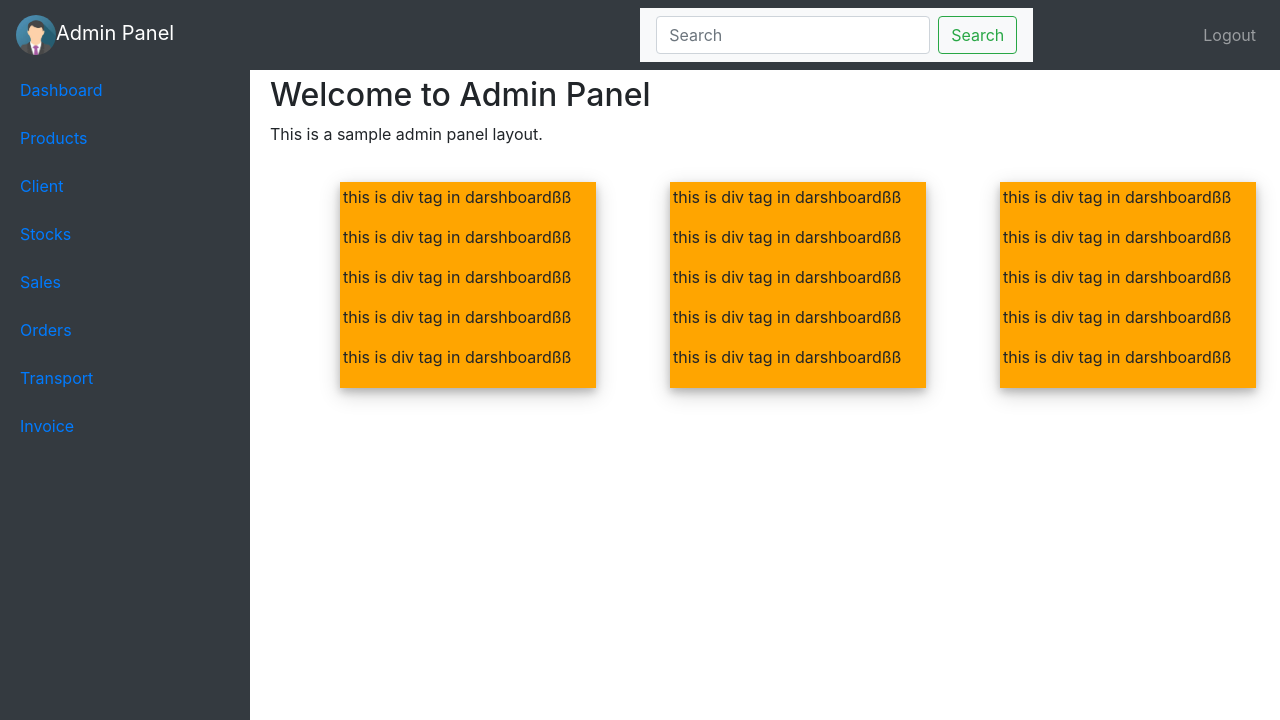
Repository: AmrutaAware/CodingQueens
Page: workspaceBilling/BillingSystem/src/main/webapp/home.html
The author's editor kept a copy of each file at every save. The page is drawn from the files as they stood at one save, then again after the next save.
The browser window is 1280 px wide. The pictures show the whole page.
Some web libraries are served in a nearby version.

Above is the page before, as saved 2024-03-14 11:31:55.

### workspaceBilling/BillingSystem/src/main/webapp/home.html
<!DOCTYPE html>
<html lang="en">
<head>
  <meta charset="UTF-8">
  <meta name="viewport" content="width=device-width, initial-scale=1.0">
  <title>Admin Panel</title>
  <!-- Bootstrap CSS -->
  <link href="https://stackpath.bootstrapcdn.com/bootstrap/4.5.2/css/bootstrap.min.css" rel="stylesheet">
  <!-- Custom CSS -->
  <style>
    /* Add your custom styles here */
    body {
      padding-top: 56px; /* Adjust according to your navbar height */
    }

    .sidebar {
      height: 100%;
      width: 250px;
      position: fixed;
      top: 10px;
      left: 0;
      background-color: #343a40;
      padding-top: 56px;

    }

    .sidebar .list-group-item {
      color: #fff;
      border: none;
      background-color: transparent;
    }

    .sidebar .list-group-item:hover {
      background-color: #495057;
    }

    .content {
      margin-left: 250px;
      padding: 20px;
    }
    .dashboard {
    width:20%;

    position:absolute;
    left:340px;
    background:orange;
    border: 3px solid orange;
  	box-shadow: 0 4px 8px 0 rgba(0, 0, 0, 0.2), 0 6px 20px 0 rgba(0, 0, 0, 0.19);
	transition: width 2s, height 2s, transform 2s;
    }

    .dashboard1
    {
    width:20%;
    /* height:30%; */
    position:absolute;
    left:670px;
    background:orange;
    border: 3px solid orange;
  box-shadow: 0 4px 8px 0 rgba(0, 0, 0, 0.2), 0 6px 20px 0 rgba(0, 0, 0, 0.19);

transition: width 2s, height 2s, transform 2s;
    }
    .dashboard2
    {
    width:20%;
    /* height:30%; */
    position:absolute;
    left:1000px;
    background:orange;
    border: 3px solid orange;
  box-shadow: 0 4px 8px 0 rgba(0, 0, 0, 0.2), 0 6px 20px 0 rgba(0, 0, 0, 0.19);
  }
    /* .dashboard:hover {
  width: 300px;

} */
a:link {
  text-decoration: none;

}
.sidebar .list-group-item {
color:white;
}

  </style>
</head>
<body>
  <!-- Navbar -->
  <nav class="navbar navbar-expand-lg navbar-dark bg-dark fixed-top">
    <a class="navbar-brand" href="#"><img src="img/img_avatar1.jpeg" alt="Logo" style="width:40px;" class="rounded-pill">Admin Panel</a>
    <button class="navbar-toggler" type="button" data-toggle="collapse" data-target="#navbarNav" aria-controls="navbarNav" aria-expanded="false" aria-label="Toggle navigation">
      <span class="navbar-toggler-icon"></span>
    </button>
    <nav class="navbar navbar-light bg-light" style="position: relative; left:450px">
  <form class="form-inline" >
    <input class="form-control mr-sm-2" type="search" placeholder="Search" aria-label="Search">
    <button class="btn btn-outline-success my-2 my-sm-0" type="submit">Search</button>
  </form>
</nav>
    <div class="collapse navbar-collapse" id="navbarNav">
      <ul class="navbar-nav ml-auto">
        <!-- <li class="nav-item">
          <a class="nav-link" href="#">Dashboard</a>
        </li>
        <li class="nav-item">
          <a class="nav-link" href="#">Users</a>
        </li>
        <li class="nav-item">
          <a class="nav-link" href="#">Settings</a>
        </li> -->
        <li class="nav-item">
          <a class="nav-link" href="#">Logout</a>
        </li>
      </ul>
    </div>
  </nav>

  <!-- Sidebar -->

  <div class="sidebar">
    <div class="list-group">
      <li class="list-group-item list-group-item-action"> <a href="#" >
      Dashboard</a>


      </li>
      <li class="list-group-item list-group-item-action"> <a href="product.html"><i class="fas fa-users"></i> Products <div class="sub-menu">

      </div></a></li>


      <li class="list-group-item list-group-item-action"> <a href="#"><i class="fas fa-user"></i> Client <div class="sub-menu">
        <!-- Add your sub-menu items here -->
      </div></a></li>
      <li class="list-group-item list-group-item-action"><a href="#"><i class="fas fa-cubes"></i> Stocks <div class="sub-menu">
        <!-- Add your sub-menu items here -->
      </div></a></li>
      <li class="list-group-item list-group-item-action"><a href="sales.html"><i class="fas fa-chart-line"></i> Sales <div class="sub-menu">
        <!-- Add your sub-menu items here -->
      </div></a></li>
      <li class="list-group-item list-group-item-action"><a href="Order.html"><i class="fas fa-shopping-cart"></i> Orders
      <div class="sub-menu">

        <!-- Add your sub-menu items here -->
      </div>
      </a>
    </li>
      <li class="list-group-item list-group-item-action"><a href="transport.html"><i class="fas fa-user"></i> Transport <div class="sub-menu">
        <!-- Add your sub-menu items here -->
      </div></a></li>
      <li class="list-group-item list-group-item-action" ><a href="#"><i class="fas fa-credit-card"></i> Invoice <div class="sub-menu">
        <!-- Add your sub-menu items here -->
      </div></a></li>
      <!-- <li class="list-group-item list-group-item-action"><a href="logout.html"><i class="fas fa-sign-out-alt"></i> Logout</a></li>
    </ul>
  </div> -->

     <!--  <a href="#" class="list-group-item list-group-item-action">Logout</a> -->
    </div>
  </div>

  <!-- Main Content -->
  <div class="content">
    <h2>Welcome to Admin Panel</h2>
    <p>This is a sample admin panel layout.</p>
  </div>
<div class="dashboard">
      <p>this is div tag in darshboardßß</p>
      <p>this is div tag in darshboardßß</p>
      <p>this is div tag in darshboardßß</p>
      <p>this is div tag in darshboardßß</p>
      <p>this is div tag in darshboardßß</p>
      </div>
      <div class="dashboard1">
      <p>this is div tag in darshboardßß</p>
      <p>this is div tag in darshboardßß</p>
      <p>this is div tag in darshboardßß</p>
      <p>this is div tag in darshboardßß</p>
      <p>this is div tag in darshboardßß</p>
      </div>
      <div class="dashboard2">
      <p>this is div tag in darshboardßß</p>
      <p>this is div tag in darshboardßß</p>
      <p>this is div tag in darshboardßß</p>
      <p>this is div tag in darshboardßß</p>
      <p>this is div tag in darshboardßß</p>
      </div>
      <div class="dashboard3">
      <p>this is div tag in darshboardßß</p>
      <p>this is div tag in darshboardßß</p>
      <p>this is div tag in darshboardßß</p>
      <p>this is div tag in darshboardßß</p>
      <p>this is div tag in darshboardßß</p>
      </div>
  <!-- Bootstrap JS, jQuery, and Popper.js -->
  <script src="https://code.jquery.com/jquery-3.5.1.slim.min.js"></script>
  <script src="https://cdn.jsdelivr.net/npm/@popperjs/core@2.5.4/dist/umd/popper.min.js"></script>
  <script src="https://stackpath.bootstrapcdn.com/bootstrap/4.5.2/js/bootstrap.min.js"></script>
</body>
</html>

After the next save:
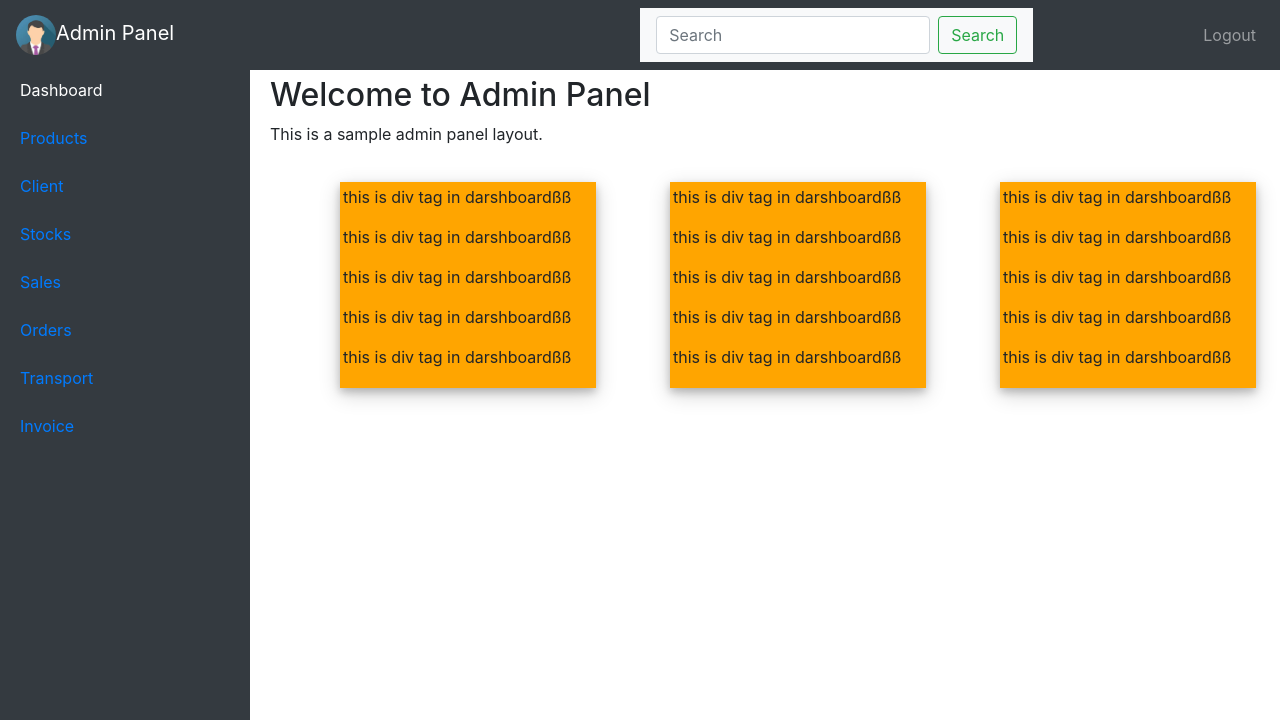
Saved 55 s later.
--- a/workspaceBilling/BillingSystem/src/main/webapp/home.html
+++ b/workspaceBilling/BillingSystem/src/main/webapp/home.html
@@ -79,9 +79,7 @@
   text-decoration: none;
 
 }
-.sidebar .list-group-item {
-color:white;
-}
+
 
   </style>
 </head>
@@ -120,7 +118,7 @@
 
   <div class="sidebar">
     <div class="list-group">
-      <li class="list-group-item list-group-item-action"> <a href="#" >
+      <li class="list-group-item list-group-item-action" > <a href="#" style="color:white" >
       Dashboard</a>
 
 
